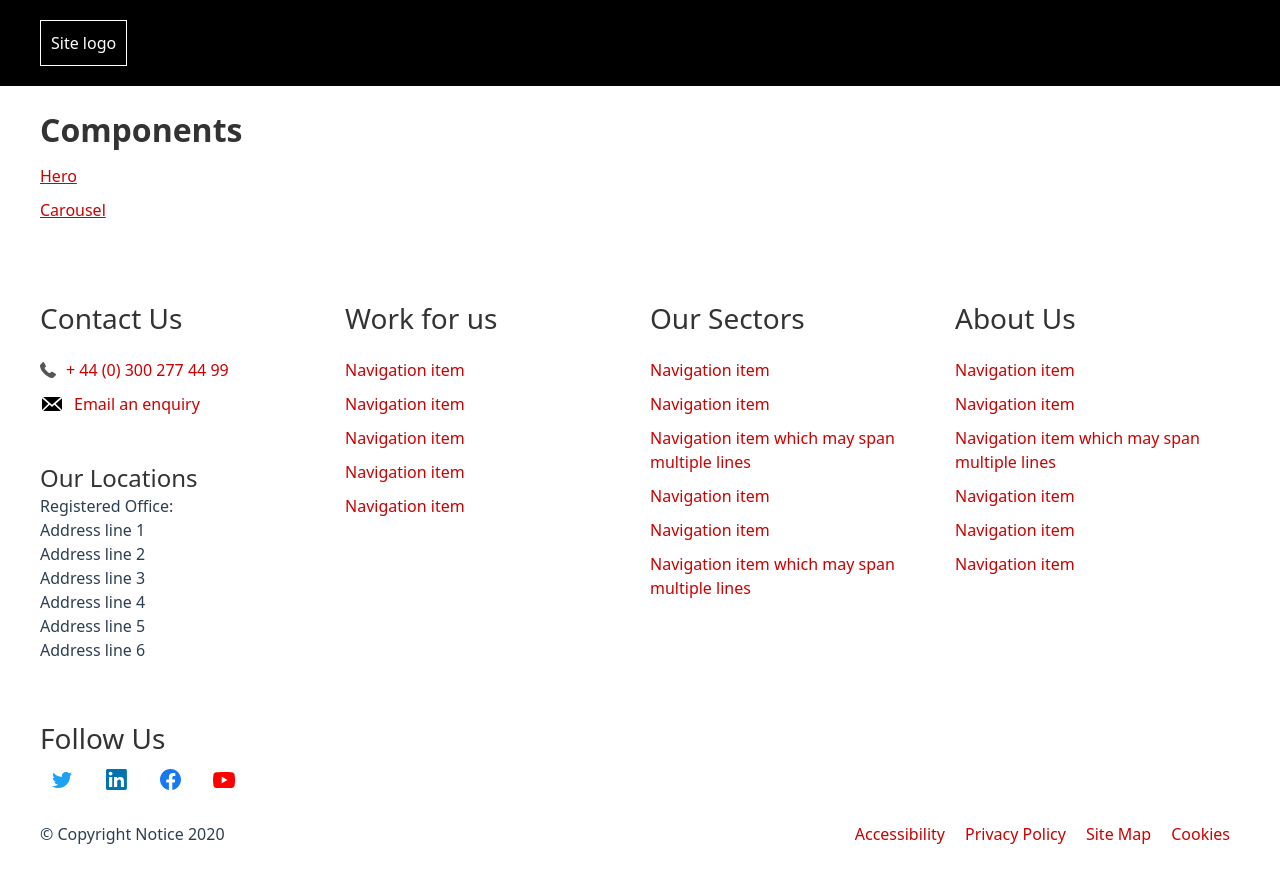
Repository: DaveBaulch/spa
Page: /
The author's editor kept a copy of each file at every save. The page is drawn from the files as they stood at one save, then again after the next save.
The browser window is 1280 px wide. The pictures show the whole page.
The project was rebuilt for these pictures with package versions that can differ from the ones it lists, and the page was loaded fresh each time. Also part of the build but not shown: src/assets/styles/main.css.

Above is the page before, as saved 2020-10-15 08:32:28.

### public/index.html
<!DOCTYPE html>
<html lang="en">
  <head>
    <meta charset="utf-8">
    <meta http-equiv="X-UA-Compatible" content="IE=edge">
    <meta name="viewport" content="width=device-width,initial-scale=1.0">
    <link rel="icon" href="<%= BASE_URL %>favicon.ico">
    <title><%= htmlWebpackPlugin.options.title %></title>
    <link href="https://fonts.googleapis.com/css?family=Noto+Sans:400,400i,700,700i&display=swap" rel="stylesheet">

  </head>
  <body>
    <noscript>
      <strong>We're sorry but <%= htmlWebpackPlugin.options.title %> doesn't work properly without JavaScript enabled. Please enable it to continue.</strong>
    </noscript>
    <div id="app"></div>
    <!-- built files will be auto injected -->
  </body>
</html>

### src/App.vue
<template>
  <div id="app">
    <TheSkipLink>
      Skip navigation
    </TheSkipLink>
    <TheHeader @sidenavToggle="displaySidenav = !displaySidenav" />
    <TheSidenav
      :show="displaySidenav"
      @close="displaySidenav = false">
    </TheSidenav>

    <main class="main" id="main">
      <router-view />
    </main>

    <TheFooter />

    <TheScrollTopButton>
      <img src="@/assets/images/svg/chevron-up-white.svg" />
      <span class="sr-only">Back to top</span>
    </TheScrollTopButton>

  </div>
</template>

<script>
import TheHeader from './components/global/TheHeader.vue';
import TheSidenav from '@/components/global/TheSidenav'
import TheFooter from '@/components/global/TheFooter'
import TheSkipLink from '@/components/global/TheSkipLink'
import TheScrollTopButton from '@/components/global/TheScrollTopButton'


export default {
  components: {
    TheHeader,
    TheSidenav,
    TheFooter,
    TheSkipLink,
    TheScrollTopButton
  },
  data() {
    return {
      displaySidenav: false
    }
  }
};
</script>

<style lang="scss">

#app {
  // font-family: Avenir, Helvetica, Arial, sans-serif;
  -webkit-font-smoothing: antialiased;
  -moz-osx-font-smoothing: grayscale;
  text-align: left;
  color: #2c3e50;
}

#nav {
  padding: 30px;

  a {
    font-weight: bold;
    color: #2c3e50;

    &.router-link-exact-active {
      color: #42b983;
    }
  }
}
</style>

### src/assets/sass/_base-styles.scss

@import 'utilities/variables';
@import 'utilities/mixins';
@import 'utilities/animations';

@import 'base/fonts';
@import 'base/resets';
@import 'base/elements';
@import 'base/typography';
@import 'base/forms';

@import 'helpers/text';
@import 'helpers/spacing';
@import 'helpers/colors';

@import 'layout/layout';

### src/components/global/TheHeader.vue
<template>
<div class="header-container">
  <div class="container">
    <header class="header">
      <TheSideNavToggle @toggle="$emit('sidenavToggle')" />
      <div class="logo">
        <router-link to="/">Site logo</router-link>
      </div>
      <div class="navigation-items">
        <!-- <ul class="nav-list">
          <router-link to="/" class="nav-list__item">Home</router-link> |
          <router-link to="/about" class="nav-list__item">About</router-link>
        </ul> -->
      </div>
    </header>
  </div>
</div>
</template>

<script>
import TheSideNavToggle from "@/components/global/TheSideNavToggle";

export default {
  name: "TheHeader",
  components: {
    TheSideNavToggle
  }
};
</script>

<style scoped lang="scss">
@import '../../assets/sass/utilities/_variables.scss';
@import '../../assets/sass/utilities/_mixins.scss';

.header-container {
  width: 100%;
  min-height: 60px;
  background-color: $black;
  position: fixed;
  z-index: 100;

  @include breakpoint(md) {
    position: relative;
  }
}

.header {
  width: 100%;
  min-height: 60px;
  display: flex;
  justify-content: space-between;
  align-items: center;
  background-color: $black;
  box-sizing: border-box;
  padding: 0;
}

.logo {
  margin: 2rem 0;
  padding: 1rem;
  border: 1px solid $white;
}

.logo a {
  text-decoration: none;
  color: $white;
}

.navigation-items {
  display: none;

  @include breakpoint(md) {
    display: block;
  }
}


// .nav-list {
//   list-style: none;
//   padding: 0;
//   margin: 0;
//   display: flex;
// }

// .nav-list__item {
//   margin: 0 10px;
// }

// .nav-item a {
//   text-decoration: none;
//   color: $white;
// }

</style>

### src/components/global/TheSidenav.vue
<template>
<div class="sidenav-container">
  <div
    v-if="show"
    class="sidenav-backdrop"
    @click="$emit('close')"></div>
  <transition name="slide-side">
    <div
      v-if="show"
      class="sidenav">
      <ul
        class="nav-list"
        @click="$emit('close')">
        <li class="nav-item"><router-link to="/">Home</router-link></li>
        <li class="nav-item"><router-link to="/about">About</router-link></li>
      </ul>
    </div>
  </transition>
</div>
</template>

<script>
export default {
  name: "TheSidenav",
  props: {
    show: {
      type: Boolean,
      default: false
    }
  }
};
</script>


<style scoped>
.sidenav-container {
  height: 100%;
  width: 100%;
}

.sidenav-backdrop {
  width: 100%;
  height: 100%;
  background-color: rgba(0, 0, 0, 0.7);
  z-index: 1000;
  position: fixed;
  top: 0;
  left: 0;
}

.sidenav {
  height: 100%;
  width: 300px;
  background-color: white;
  z-index: 10000;
  position: fixed;
  top: 0;
  left: 0;
  box-sizing: border-box;
  padding: 30px;
}

.slide-side-enter-active,
.slide-side-leave-active {
  transition: all 0.3s ease-out;
}
.slide-side-enter,
.slide-side-leave-to {
  transform: translateX(-100%);
}

.nav-list {
  list-style: none;
  padding: 0;
  margin: 0;
}

.nav-item {
  margin: 20px 0;
}

.nav-item a {
  text-decoration: none;
  color: black;
  font-size: 1.5rem;
}

.nav-item a:hover,
.nav-item a:active {
  color: red;
}
</style>

### src/components/global/TheSkipLink.vue
<template>
  <a
    href="#main"
    id="skip-navigation"
    class="skip-link"
    ref="skip-navigation"
    v-scroll-to="{el: '#main'}">
    <slot />
  </a>
</template>



<style scoped lang="scss">
@import '../../assets/sass/utilities/_mixins.scss';
@import '../../assets/sass/utilities/_variables.scss';

.skip-link {
  padding: 0.5rem 1rem 1rem 1rem;
  background-color: $white;
  position: absolute;
  top: -100%;
  left: 2px;
  z-index: 200;
  text-decoration: none !important;
  display: none;

  &:focus {
    top: 2px;
    transition: $transition-speed-medium ease all;
    color: $black;
  }

  @include breakpoint(md) {
    display: flex;
  }
}

.skip-link:visited {
  color: $black;
}
</style>

### src/components/global/TheScrollTopButton.vue
<template>
  <a class="btn-scroll-top" :class="{ active: buttonVisible }" ref="scroll-button" id="scroll-top" href="#skip-navigation" v-scroll-to="{el: '#skip-navigation', onDone: onDone}">
    <slot />
  </a>
</template>

<script>
export default {
  name: "TheScrollTopButton",
  data: function () {
    return {
      scrollPosition: null,
      buttonVisible: false
    }
  },
  methods: {
    onDone() {
      document.getElementById('skip-navigation').focus();
    },
    updateScroll() {
      this.scrollPosition = window.scrollY
      // console.log(this.scrollPosition)
      if ( this.scrollPosition > 100 ){
        this.buttonVisible = true;
      } else {
        this.buttonVisible = false;
      }
    }
  },
  mounted() {
    window.addEventListener('scroll', this.updateScroll);
  }
};
</script>


<style scoped lang="scss">
@import "../../assets/sass/utilities/_variables.scss";
@import "../../assets/sass/utilities/_mixins.scss";

.btn-scroll-top {
  position: fixed;
  z-index: 100;
  bottom: 20px;
  right: 20px;
  width: 44px;
  height: 44px;
  overflow: hidden;
  text-indent: -1999em;
  color: $white;
  background-color: $white;
  border: 1px solid $grey-dark;;
  opacity: 0;
  transition: 300ms ease all;
  display: flex;
  align-items: center;
  justify-content: center;
  display: none;

  @include breakpoint(md) {
    bottom: 85px;
    display: flex;
  }

  &.active {
    opacity: 0.9;
  }
}

</style>

### src/views/Home.vue
<template>

  <div class="home">

    <div class="container">
      <h1>Components</h1>
        <ul class="component-list">
          <li class="component-list__item"><router-link to="/hero" class="component-list__link">Hero</router-link></li>
          <li class="component-list__item"><router-link to="/carousel" class="component-list__link">Carousel</router-link></li>
        </ul>
    </div>

  </div>

</template>

<script>
// @ is an alias to /src
export default {
  name: "Home",
  components: {
  }
};
</script>

<style scoped lang="scss">
@import '../assets/sass/utilities/_variables.scss';
@import '../assets/sass/utilities/_mixins.scss';

.component-list {
  list-style: none;
  padding: 0;
  margin: 0;

}

.component-list__item {
  margin: 1rem 0 0 0;
  padding: 0;
}

.component-list__link {
  margin: 0;

  a {
    text-decoration: none;
    color: $white;
  }
}


</style>

### src/assets/sass/utilities/_variables.scss
// -------------------------
// 'true' is default
//  setting this creates extra responsive classes targetting defined breakpoints
//  eg the 'visually-hidden' mixin
$responsive: true !default;

// Custom 'brand' fonts
//$font: 'Open Sans', sans-serif; //Available weights 400,600,700
$font: 'Noto Sans', sans-serif;
// https://fonts.google.com/specimen/Noto+Sans?selection.family=Noto+Sans
// 400,400i,700,700i

$font-weight-light: 400;
$font-weight-normal: 400;
$font-weight-bold: 700;

// Let's set the base font size to 62.5% (10px) for easier calculations
$base-font-size: 62.5%;
$base-line-height: 1.5 !default;

$body-font-desktop: 1.6rem; // = 16px
$body-font-mobile: 1.6rem; // = 16px

// Breakpoints
// -------------------------

// Named breakpoints
$breakpoint-xs: 320px;
$breakpoint-sm: 576px;
$breakpoint-md: 768px;
$breakpoint-lg: 992px;
$breakpoint-xl: 1200px;

$xs-min: 0;
$xs-max: ($breakpoint-sm - 1);

$sm-min: $breakpoint-sm;
$sm-max: ($breakpoint-md - 1);

$md-min: $breakpoint-md;
$md-max: ($breakpoint-lg - 1);

$lg-min: $breakpoint-lg;
$lg-max: ($breakpoint-xl - 1);

$xl-min: $breakpoint-xl;

// Colors
// -------------------------

// Base colors
$white: #fff;
$black: #000;

$grey-dark: #616161;
$grey-light: #ddd;
$grey-lighter: #eee;

$blue: #06c;
$green: #298700;
$red: #db1731;

// Background color
$body-bg-color: #fff !default;

// Brand colors
$brand-color-1: $grey-light;

// Text colors
$color-text: #333;
$color-headings: #333;
$color-error: #eee;

// Link colors
$color-link-active: #c00;
$color-link-visited: #c00;
$color-link-hover: #333;
$color-link-focus: #d4d4d4;
$color-link-disabled: #d4d4d4;

// Form colors
$color-invalid: #f0dddd;

// Borders
// -------------------------

// Border colors
$color-border: $grey-light;
$color-border-dark: $grey-dark;
$color-border-light: $grey-lighter;

// Border styling
$border-radius: 5px;
$border-width: 1px;
$border-style: solid;
$border-color: $color-border;

$border: $border-width $border-style $border-color;

// Focus state styling
$focus-outline-width: 2px;
$focus-outline-style: solid;
$focus-outline-color: $red;
$focus-outline: $focus-outline-width $focus-outline-style $focus-outline-color;
$focus-outline-offset: 0;

// Default projext transitions
$transition-speed: 0.4s;
$transition-easing: ease;

// some different speed variables
$transition-speed-slow: 1.2s;
$transition-speed-medium: 0.8s;
$transition-speed-fast: 0.2s;

// z-index scale
// --------------------------------------------------
$z-index-1: 100;
$z-index-2: 200;
$z-index-3: 300;
$z-index-4: 400;
$z-index-5: 500;
$z-index-6: 600;
$z-index-7: 700;
$z-index-8: 800;
$z-index-9: 900;
$z-index-10: 1000;

### src/assets/sass/utilities/_mixins.scss
@mixin fill {
  width: 100%;
  height: 100%;
}

@mixin imageCover {
  object-fit: cover;
  @include fill;
}

@mixin absoluteFill {
  display: block;
  position: absolute;
  top: 0;
  left: 0;
  @include fill;
}

@mixin textGradient($top: $brand-primary, $bottom: $brand-light) {
  background: linear-gradient($top, $bottom);
  background-clip: text;
  -webkit-text-fill-color: transparent;
}

// accessible text
@mixin sr-only {
  border: 0 !important;

  height: 1px !important;
  margin: (-1px) !important;
  overflow: hidden !important;
  padding: 0 !important;
  position: absolute !important;
  width: 1px !important;
}

// breakpoints
// uses breakpoints defined in variables.scss
@mixin breakpoint($point, $value: 0) {
  @if $point==xs {
    @media screen and (max-width: $xs-max) {
      @content;
    }
  } @else if $point==sm {
    @media screen and (min-width: $sm-min) {
      @content;
    }
  } @else if $point==md {
    @media screen and (min-width: $md-min) {
      @content;
    }
  } @else if $point==lg {
    @media screen and (min-width: $lg-min) {
      @content;
    }
  } @else if $point==xl {
    @media screen and (min-width: $xl-min) {
      @content;
    }
  } @else {
    @media screen and ($point: $value) {
      @content;
    }
  }
}

@mixin between-breakpoints($min, $max) {
  @media screen and (min-width: $min) and (max-width: $max) {
    @content;
  }
}

@mixin full-width {
  width: 100vw;
  position: relative;
  left: 50%;
  right: 50%;
  margin-left: -50vw;
  margin-right: -50vw;
}

### src/assets/sass/utilities/_animations.scss
@keyframes fadeIn {
    from {
      opacity: 0;
      visibility: hidden;
    }
    to {
      opacity: 1;
      visibility: visible;
    }
  }

@keyframes fadeOut {
    from {
      opacity: 1;
      visibility: visible;
    }
    to {
      opacity: 0;
      visibility: hidden;
    }
  }

@keyframes slideTop {
  0% {
    transform: translateY(100px);
  }
  100% {
    transform: translateY(0);
  }
}

@mixin fadeIn($duration: 0.3s) {
  animation: {
    name: fadeIn;
    fill-mode: forwards;
    duration: #{$duration};
  }
}

@mixin fadeOut($duration: 0.3s) {
  animation: {
    name: fadeOut;
    fill-mode: forwards;
    duration: #{$duration};
  }
}

### src/assets/sass/base/_fonts.scss
// @font-face {
//   font-family: 'hurme';
//   src: url('~assets/fonts/hurme/hurme-light.otf') format('opentype');
//   font-weight: $font-weight-light;
// }

// @font-face {
//   font-family: 'hurme';
//   src: url('~assets/fonts/hurme/hurme-regular.otf') format('opentype');
//   font-weight: $font-weight-normal;
// }

// @font-face {
//   font-family: 'hurme';
//   src: url('~assets/fonts/hurme/hurme-semiBold.otf') format('opentype');
//   font-weight: $font-weight-bold;
// }

### src/assets/sass/base/_resets.scss
html {
  //Prevent iOS input highlighting
  box-sizing: border-box;
  font-size: $base-font-size;
  -webkit-tap-highlight-color: rgba(0, 0, 0, 0);
}

body {
  -moz-osx-font-smoothing: grayscale;
  -webkit-font-smoothing: antialiased;
  background-color: $body-bg-color;
  color: $color-text;
  font-size: $body-font-mobile;
  line-height: $base-line-height;
  text-align: left;
  margin: 0;
  padding: 0;
  font-weight: $font-weight-light;

  @include breakpoint(lg) {
    font-size: $body-font-desktop;
  }
}

html,
body {
  max-width: 100% !important;
  overflow-x: hidden !important;
}

img {
  display: block;
  height: auto;
  -ms-interpolation-mode: bicubic;
  // option to make images responsive by default
  max-width: 100%;
}

### src/assets/sass/base/_elements.scss
button {
  cursor: pointer;
  margin: 0;
}

img {
  max-width: 100%;
  pointer-events: none;

  &:not([src]) {
    visibility: hidden;
  }
}

a {
  text-decoration: none;
  color: inherit;
}

ul:not([class]) {
  list-style: disc;
}

ol:not([class]) {
  list-style: decimal;
}

### src/assets/sass/base/_typography.scss
body {
  font-family: $font;
  font-weight: $font-weight-normal;
}

// Generic heading styling

h1,
h2,
h3,
h4,
h5 {
  margin: 0;
  padding: 0;
  margin-top: 2rem;
  color: $color-headings;
  font-weight: $font-weight-bold;
}

h1 {
  font-size: 2rem;
  font-weight: 700;
  line-height: 1.6;

  @include breakpoint(lg) {
    font-size: 3.2rem;
    line-height: 1.5;
  }
}

h2 {
  font-size: 2rem;
  font-weight: 400;
  line-height: 1.4;
  margin: 2.9rem 0 0 0;

  @include breakpoint(lg) {
    font-size: 2.8rem;
    line-height: 1.43;
    margin: 4.6rem 0 0 0;
  }
}

h3 {
  font-size: 1.8rem;
  font-weight: 400;
  line-height: 1.33;
  margin: 2.9rem 0 0 0;

  @include breakpoint(lg) {
    font-size: 2.4rem;
    line-height: 1.33;
    margin: 4.6rem 0 0 0;
  }
}

h4 {
  font-size: 1.8rem;
  font-weight: 400;
  line-height: 1.5;
  margin: 2.9rem 0 0 0;


  @include breakpoint(lg) {
    font-size: 2.4rem;
    line-height: 1.4;
    margin: 4.6rem 0 0 0;
  }
}

h5 {
  font-size: 1.8rem;
  font-weight: 400;
  line-height: 1.5;
  margin: 2.9rem 0 0 0;

  @include breakpoint(lg) {
    font-size: 2.4rem;
    line-height: 1.56;
    margin: 4.6rem 0 0 0;
  }
}

// Link styles

a {
  color: $color-link-active;
  text-decoration: underline;
}

a:visited {
  color: $color-link-visited;
}

a:hover {
  color: $color-link-hover;
}

a:focus {
  color: $color-link-hover;
  outline: $focus-outline;
}

// Standard text paragraphs

p {
  margin: 2rem 0 0 0;
  padding: 0;
}

// List styles
ol,
ul {
  margin: 2rem 0 0 0;
  padding: 0;
  list-style: none;

  &:not([class]) {
    margin: 0 1.22rem 0.8rem 1.5rem;
    list-style-position: inside;
  }
}

ol:not([class]) {
  list-style-type: decimal;
}

ul:not([class]) {
  list-style-type: disc;
}

// Definition list styles

dl {
}

dt {
  font-weight: bold;
}

// Opinionated styling of typographic elements

hr {
  height: 1px;
  margin: 1em 0;
  padding: 0;
  display: block;
  border: 0;
  border-top: 1px solid $grey-light;
}

blockquote {
  margin: 0;
  padding: 0 10px;
}

ins {
  background: $red;
  color: $black;
  text-decoration: none;
}

mark {
  font-style: italic;
  font-weight: bold;
}

pre {
  white-space: pre-wrap;
  word-wrap: break-word;
}

### src/assets/sass/helpers/_text.scss
.uppercase {
  text-transform: uppercase;
}

.font-light {
  font-weight: $font-weight-light;
}

.font-normal {
  font-weight: $font-weight-normal;
}

.font-bold {
  font-weight: $font-weight-bold;
}

.sr-only {
  @include sr-only;
}

### src/assets/sass/helpers/_spacing.scss
.no-padding {
  padding: 0;
}

.no-margin {
  margin: 0;
}

### src/assets/sass/helpers/_colors.scss
// .bg-white {
//   background-color: $brand-white;
// }
// .bg-white-alt {
//   background-color: $brand-white-alt;
// }
// .bg-black {
//   background-color: $brand-black;
// }
// .bg-primary {
//   background-color: $brand-primary;
// }
// .bg-primary-alt {
//   background-color: $brand-primary-alt;
// }
// .bg-dark {
//   background-color: $brand-dark;
// }
// .bg-dark-alt {
//   background-color: $brand-dark-alt;
// }
// .bg-light {
//   background-color: $brand-lightest;
// }
// .bg-light-alt {
//   background-color: $brand-light-alt;
// }

### src/assets/sass/layout/_layout.scss
.container {
  width: 100%;
  max-width: 1200px;
  margin: 0 auto;
  padding: 0;
  position: relative;
  padding: 0 15px;
}

.row {
  display: grid;
  grid-template-columns: repeat(12, 1fr);
  grid-gap: 20px;
}

.main {
  padding-top: 60px;

  @include breakpoint(md) {
    padding-top: 0;
  }
}

// picturefill-background background images
.picturefill-background {
  background-size: cover;
  background-repeat: no-repeat;
  opacity: 1;
  transition: opacity 2s ease;

  &.is-lazy {
    opacity: 0;
  }
}

### src/components/global/TheSocialSharing.vue
<template>
  <div class="social-links-wrapper">
    <h2 class="social-links-title">Follow Us</h2>
    <ul class="social-links">
      <li class="social-links__item">
        <TheSocialSharingItem>
          <img src="@/assets/images/svg/icon-footer-twitter.svg" width="20" height="16" alt="Twitter" />
          <span class="sr-only">Twitter</span>
        </TheSocialSharingItem>
      </li>
      <li class="social-links__item">
        <TheSocialSharingItem>
          <img src="@/assets/images/svg/icon-footer-linkedin.svg" width="21" height="21" alt="LinkedIn" />
          <span class="sr-only">LinkedIn</span>
        </TheSocialSharingItem>
      </li>
      <li class="social-links__item">
        <TheSocialSharingItem>
          <img src="@/assets/images/svg/icon-footer-facebook.svg" width="21" height="21" alt="Facebook" />
          <span class="sr-only">Instagram</span>
        </TheSocialSharingItem>
      </li>
      <li class="social-links__item">
        <TheSocialSharingItem href="https://www.youtube.com/">
          <img src="@/assets/images/svg/icon-footer-youtube.svg" width="22" height="16" alt="YouTube" />
          <span class="sr-only">You Tube</span>
        </TheSocialSharingItem>
      </li>
    </ul>
  </div>
</template>

<script>
import TheSocialSharingItem from "@/components/global/TheSocialSharingItem";

export default {
  name: "TheSocialSharing",
  components: {
    TheSocialSharingItem
  }
};
</script>

<style scoped lang="scss">
@import '../../assets/sass/utilities/_variables.scss';

.social-links {
  margin: 0 auto;
  list-style: none;
  display: flex;
}

.social-links__item {
  margin: 0 1rem 0 0;
}

</style>

### src/components/global/TheSocialSharingItem.vue
<template>
  <a :href="href"
    class="social-sharing-item"
    ><slot /></a>
</template>

<script>
export default {
  name: 'TheSocialSharingItem',
  props: {
    href: {
      type: String,
      default: ''
    }
  }
}
</script>


<style scoped lang="scss">
@import '../../assets/sass/utilities/_variables.scss';

.social-sharing-item {
  display: flex;
  align-items: center;
  justify-content: center;
  width: 44px;
  height: 44px;

  &:hover,
  &:focus {
    color: $color-link-hover;
    text-decoration: underline;
  }
}
</style>

Loaded but not shown: src/registerServiceWorker.js (common file); src/store/index.js (common file); src/components/global/TheSideNavToggle.vue (common file); src/router/index.js (40 lines, source omitted); src/main.js (19 lines, source omitted); src/assets/sass/base/_forms.scss (498 lines, source omitted); src/components/global/TheFooter.vue (339 lines, source omitted)

After the next save:
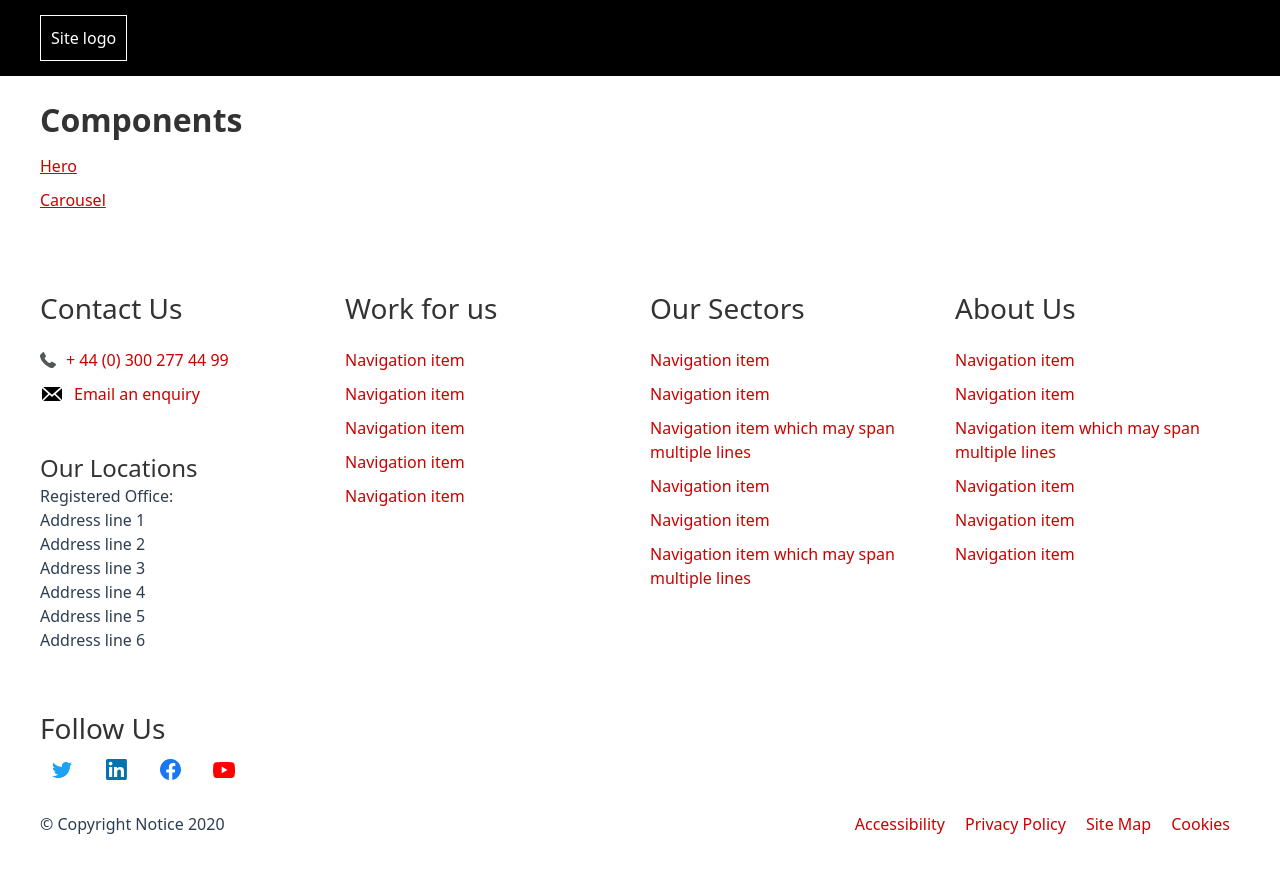
Saved 6 s later.
--- a/src/components/global/TheHeader.vue
+++ b/src/components/global/TheHeader.vue
@@ -56,7 +56,7 @@ export default {
 }
 
 .logo {
-  margin: 2rem 0;
+  margin: 1.5rem 0;
   padding: 1rem;
   border: 1px solid $white;
 }
